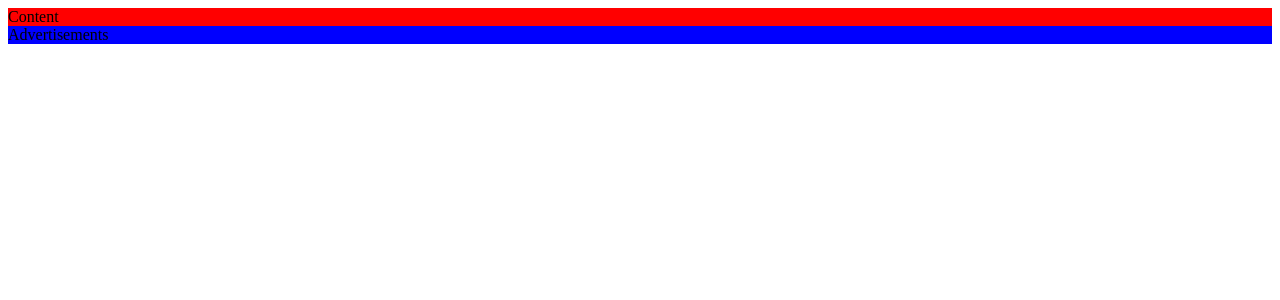
Repository: Peacepapi/1702Java
Page: web/src/main/webapp/divisions.html
An editor plug-in stored every save of this project. The page is shown before and after the next save, followed by the edit.
The browser window is 1280 px wide. The pictures show the whole page.

Above is the page before, as saved 2017-02-24 15:03:49.

### web/src/main/webapp/divisions.html
<!DOCTYPE html>
<html>
<head>
<meta charset="ISO-8859-1">
<title>Slicing the DOM</title>
<style type="text/css">
#a{
	background-color: red;
}
#b{
	background-color: blue;
}
</style>
</head>
<body>

<div id="a">Content</div>
<div id="b">Advertisements</div>

</body>
</html>

After the next save:
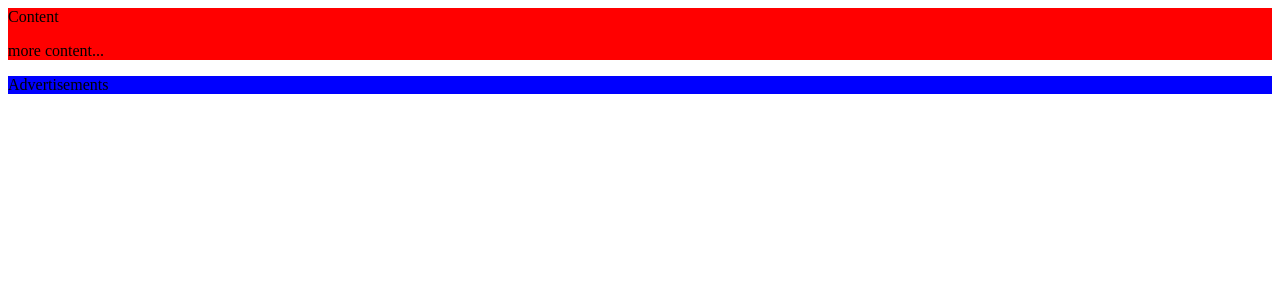
Saved 39 s later.
--- a/web/src/main/webapp/divisions.html
+++ b/web/src/main/webapp/divisions.html
@@ -14,7 +14,9 @@
 </head>
 <body>
 
-<div id="a">Content</div>
+<div id="a">Content
+	<p>more content...</p>
+</div>
 <div id="b">Advertisements</div>
 
 </body>
